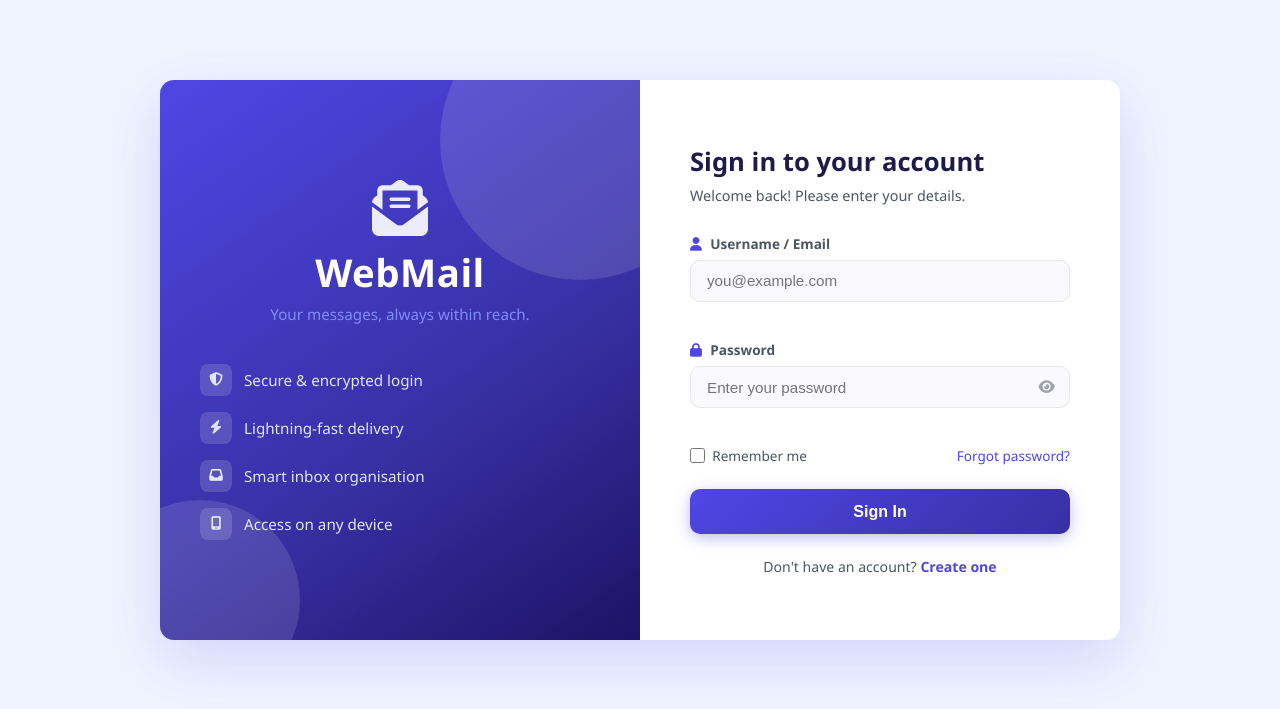
Repository: Rotty12/webmail
Page: public/index.html
These files come from the project's save history. The page is drawn as it stood at one moment and after the next save; the edit follows.
The browser window is 1280 px wide. The pictures show the whole page.

Above is the page before, as saved 2026-05-02 16:13:40.

After the next save:
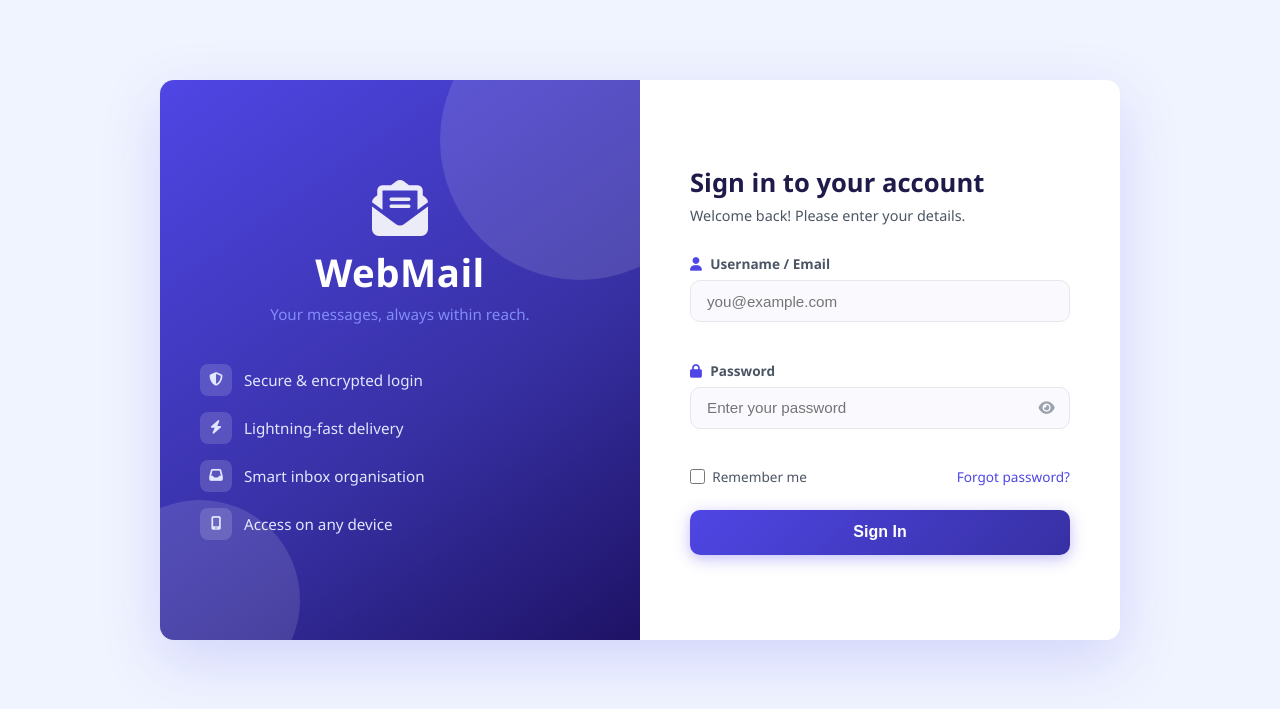
Saved 35 min 10 s later.
--- a/public/index.html
+++ b/public/index.html
@@ -83,11 +83,7 @@
             <span id="btnText">Sign In</span>
             <span id="btnSpinner" class="spinner hidden"></span>
           </button>
-        </form>
-
-        <p class="signup-text">
-          Don't have an account? <a href="#">Create one</a>
-        </p>
+        </form
       </div>
     </div>
   </div>
